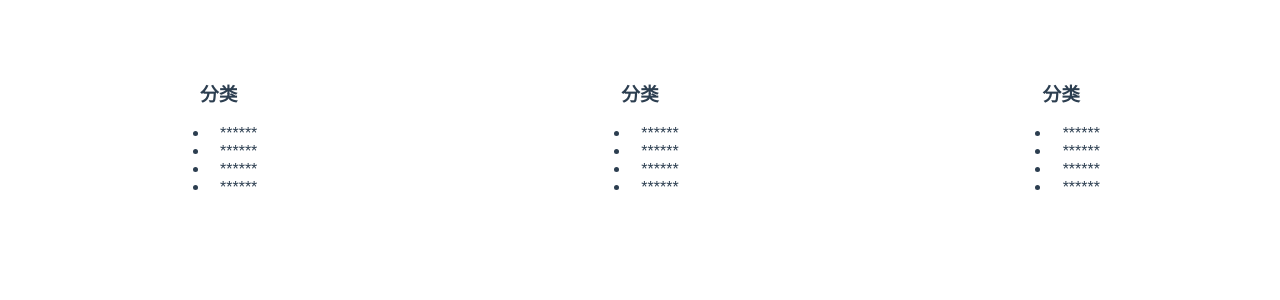
Repository: 319226862/wyy
Page: / (app in test/)
The author's editor kept a copy of each file at every save. The page is drawn from the files as they stood at one save, then again after the next save.
The browser window is 1280 px wide. The pictures show the whole page.
The project was rebuilt for these pictures with package versions that can differ from the ones it lists, and the page was loaded fresh each time. Also part of the build but not shown: test/vue.config.js.

Above is the page before, as saved 2023-06-27 14:17:55.

After the next save:
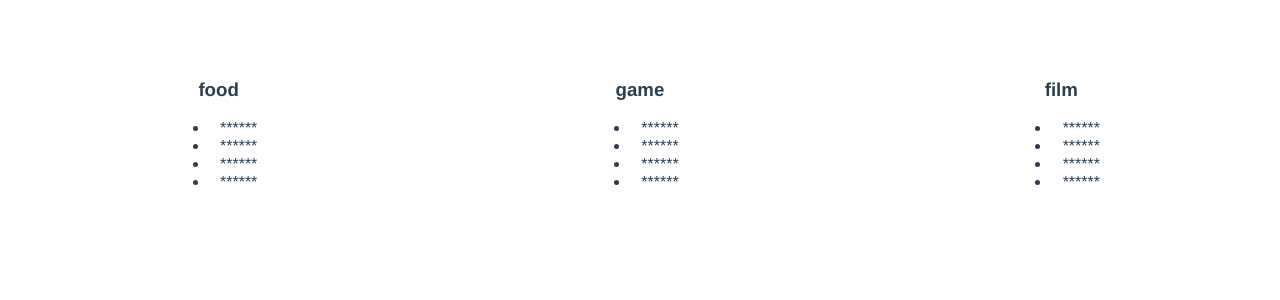
Saved 19 min 2 s later.
--- a/test/src/components/Category.vue
+++ b/test/src/components/Category.vue
@@ -1,6 +1,6 @@
 <template>
     <div class="category">
-        <h3>分类</h3>
+        <h3>{{title}}</h3>
         <ul>
             <li>******</li>
             <li>******</li>
